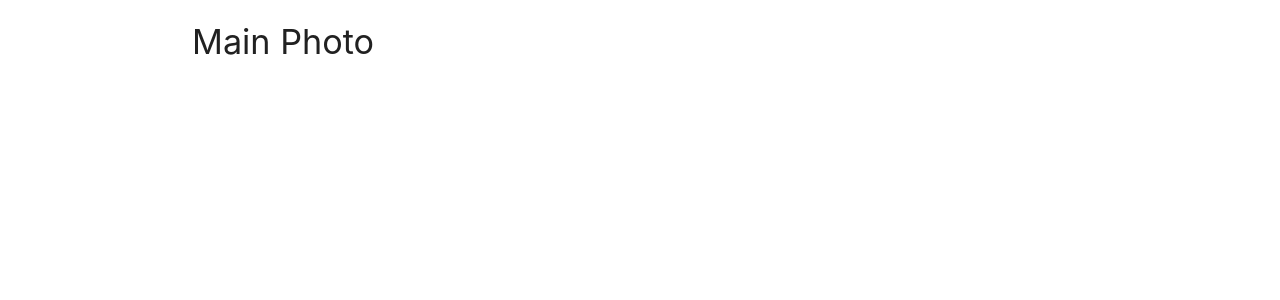
Repository: iveivs/getPhotoApi
Page: /
The author's editor kept a copy of each file at every save. The page is drawn from the files as they stood at one save, then again after a run of saves.
The browser window is 1280 px wide. The pictures show the whole page.
The page's requests for data from a server got no answer. The project was rebuilt for these pictures with package versions that can differ from the ones it lists, and the page was loaded fresh each time. No one was signed in, and anything a server would have sent is missing. Also part of the build but not shown: vite.config.js, src/components/HistoryPhoto.jsx, src/components/MainPhoto.css.

Above is the page before, as saved 2024-01-24 15:56:49.

After the next 4 saves:
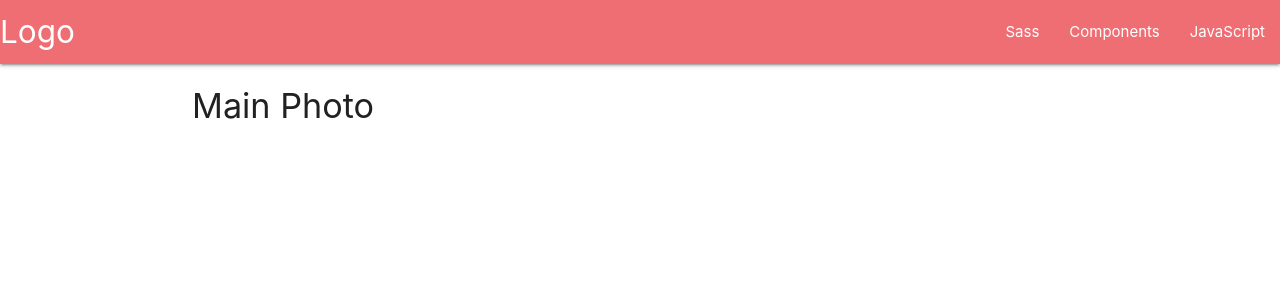
The 4 saves are shown as one change because 1 did not build or start and some came seconds apart.
The last was saved 11 s later.
--- a/src/App.jsx
+++ b/src/App.jsx
@@ -1,4 +1,5 @@
 import { useState } from 'react'
+import Header from './components/Header'
 import MainPhoto from './components/MainPhoto'
 
 function App() {
@@ -6,7 +7,7 @@
 
   return (
     <>
-
+      <Header  />
       <MainPhoto  />
     </>
   )
